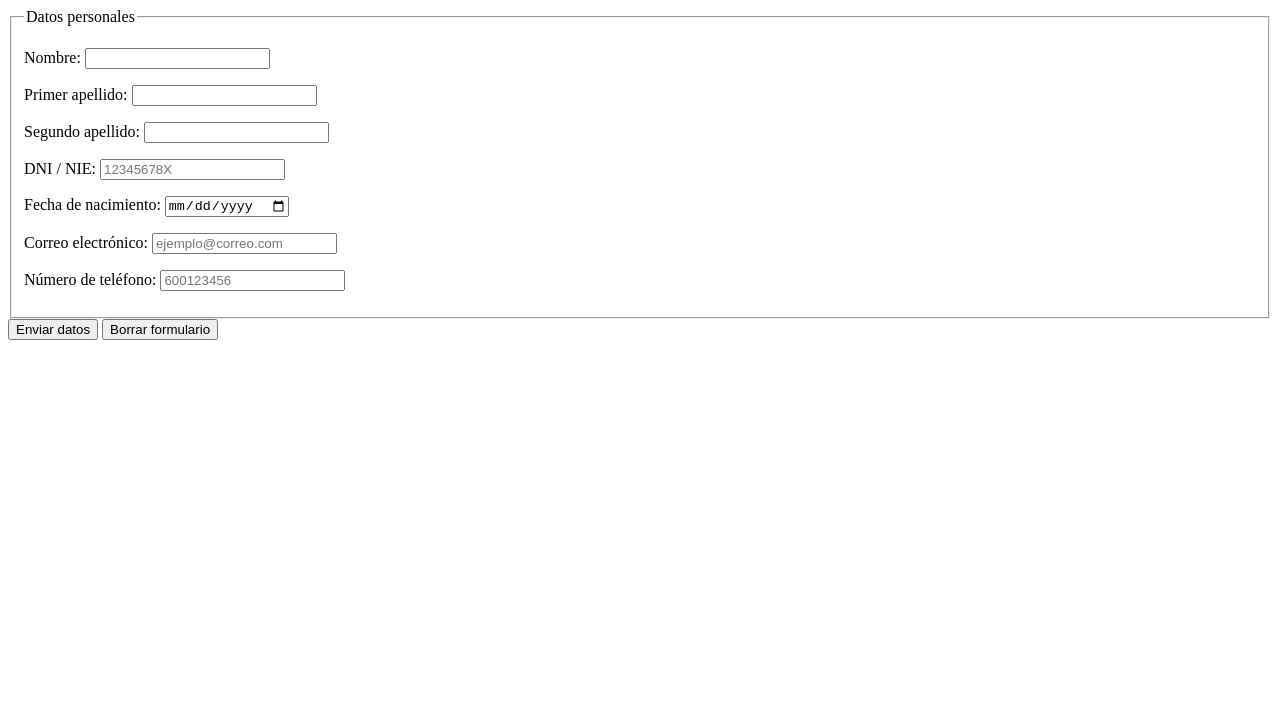
Repository: Daniel-gc271/Acceso-a-datos
Page: webapp-example/src/main/webapp/Ej5-post.html
An editor plug-in stored every save of this project. The page is shown before and after the next save, followed by the edit.
The browser window is 1280 px wide. The pictures show the whole page.

Above is the page before, as saved 2026-10-05 10:07:49.

After the next save:
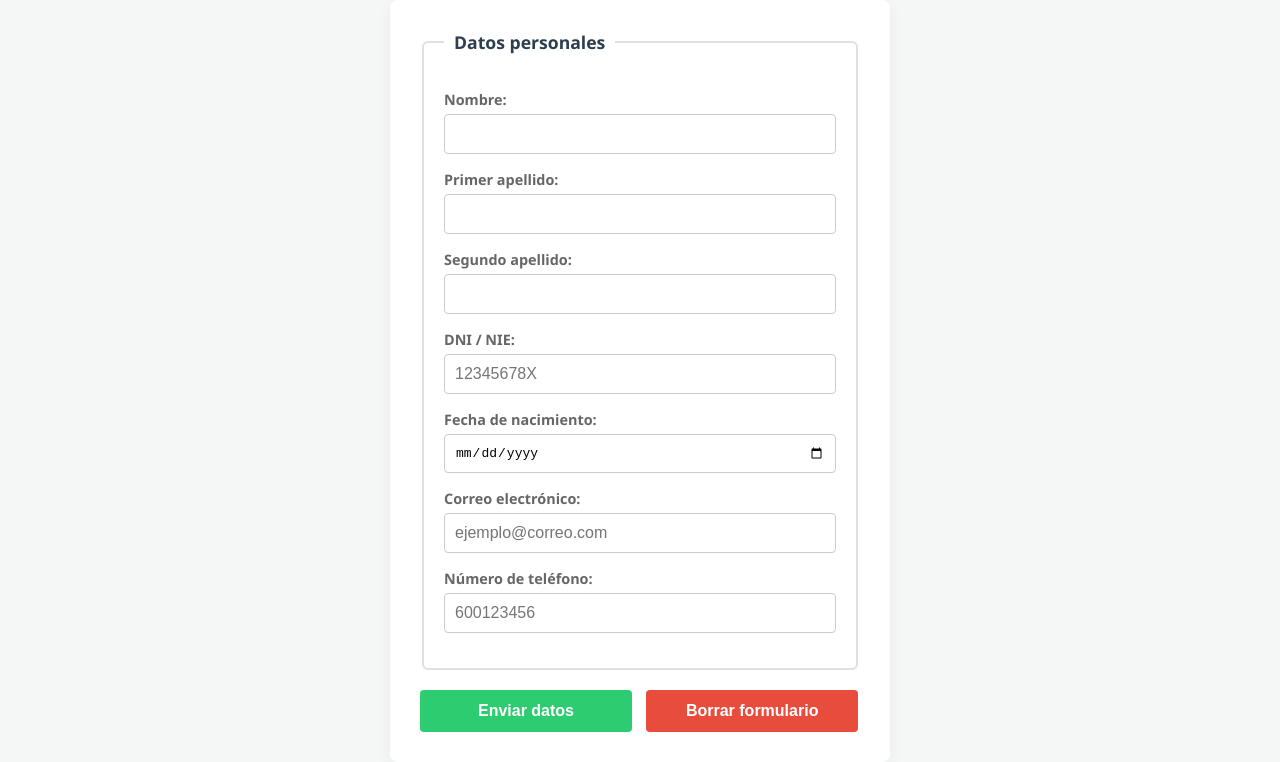
Saved 31 s later.
--- a/webapp-example/src/main/webapp/Ej5-post.html
+++ b/webapp-example/src/main/webapp/Ej5-post.html
@@ -3,6 +3,7 @@
 <head>
 <meta charset="UTF-8">
 <title>Insert title here</title>
+<link rel="stylesheet" href="estilos.css">
 </head>
 <body>
 	<form action="Ej5Post_ejemplo" method="post">
